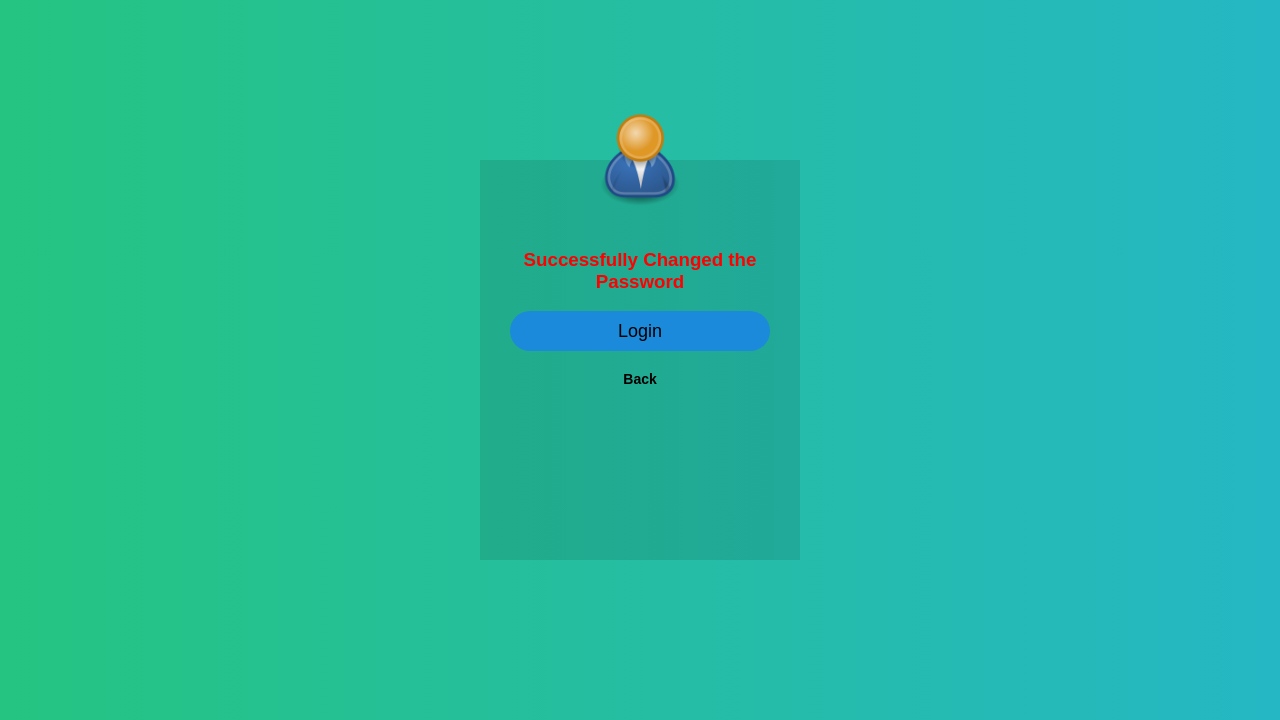
Repository: AlkaDas991/Dbms
Page: Student Record Management/WebContent/success.html
The author's editor kept a copy of each file at every save. The page is drawn from the files as they stood at one save, then again after the next save.
The browser window is 1280 px wide. The pictures show the whole page.

Above is the page before, as saved 2021-03-12 19:46:13.

### Student Record Management/WebContent/success.html
<html>
<head>
<meta http-equiv="Content-Type" content="text/html; charset=ISO-8859-1">
  <link rel="stylesheet" type="text/css" href="style.css">
  <style>
  h3{
color:red;
}
  .login-box{
    height: 400px;
}</style>
</head>
<body>
    <div class="login-box">
    <img src="user.png" class="avatar">
        <h3><center>Successfully Changed the Password</center></h3>
            <input type="submit" name="submit" value="Login">
            </form>
              <center><h1><a href="studentHome.jsp">Back</a></h1></center>
        </div>
    </body>
</html>

### Student Record Management/WebContent/style.css

@import url(https://fonts.googleapis.com/css?family=Roboto:400,500,300,700);
body{
	background: -webkit-linear-gradient(left, #25c481, #25b7c4);
  	background-color: linear-gradient(to right, #25c481, #25b7c4);
  	font-family: 'Roboto', sans-serif;
    margin: 0;
    padding: 0;
    background-size: cover;
    background-position: center;
    font-family: sans-serif;
}
.login-box{
    width: 320px;
    height: 450px;
    background: rgba(0, 0, 0, 0.1);
    color: #fff;
    top: 50%;
    left: 50%;
    position: absolute;
    transform: translate(-50%,-50%);
   box-sizing: border-box;
    padding: 70px 30px;
}
.avatar{
    width: 100px;
    height: 100px;
    position: absolute;
    top: -50px;
    left: calc(50% - 50px);
}
h1{
    margin: 0;
    padding: 0 0 20px;
    text-align: center;
    font-size: 22px;
    color:black;
}
.login-box p{
    margin: 0;
    padding: 0;
    font-weight: bold;
}
.login-box input{
    width: 100%;
    margin-bottom: 20px;
}
.login-box input[type="text"], input[type="password"],input[type="number"],input[type="email"]
{
    border: none;
    border-bottom: 1px solid black;
    background: transparent;
    outline: none;
    height: 40px;
    color: black;
    font-size: 16px;
}
.login-box input[type="submit"]
{
    border: none;
    outline: none;
    height: 40px;
    background: #1c8adb;
    color: black;
    font-size: 18px;
    border-radius: 20px;
}
.login-box input[type="submit"]:hover
{
    cursor: pointer;
    background: #39dc79;
    color: #000;
}

.login-box a{
    text-decoration: none;
    font-size: 14px;
    color: black;
}
.login-box a:hover
{
    color: #39dc79;
}
h2
{
	color:black;
}

After the next save:
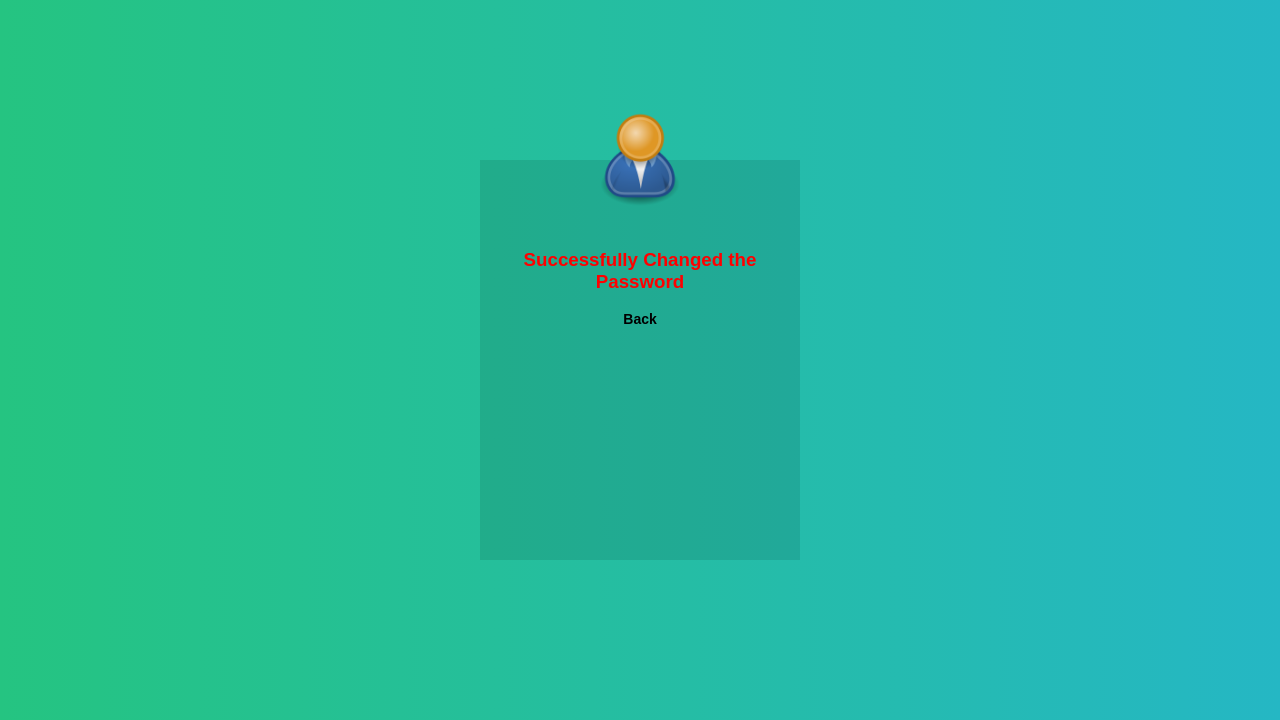
Saved 117 s later.
--- a/Student Record Management/WebContent/success.html
+++ b/Student Record Management/WebContent/success.html
@@ -14,8 +14,6 @@ color:red;
     <div class="login-box">
     <img src="user.png" class="avatar">
         <h3><center>Successfully Changed the Password</center></h3>
-            <input type="submit" name="submit" value="Login">
-            </form>
               <center><h1><a href="studentHome.jsp">Back</a></h1></center>
         </div>
     </body>
